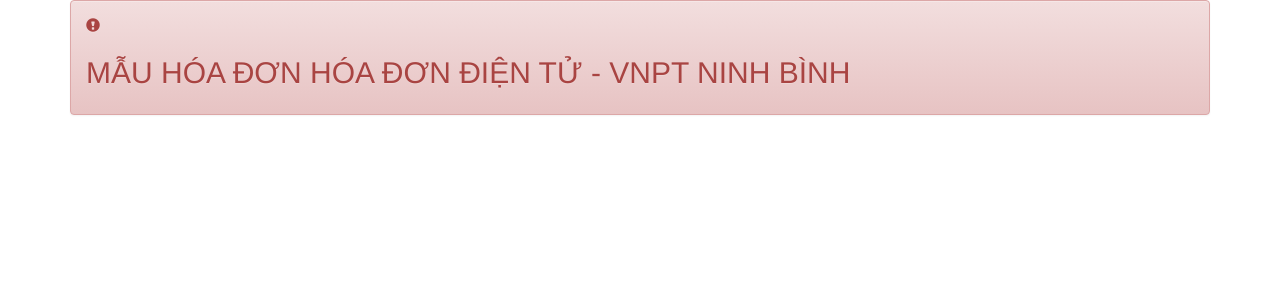
Repository: hoadonvnptninhbinh/hoadonvnptninhbinh
Page: index.html
An editor plug-in stored every save of this project. The page is shown before and after a run of saves, followed by the edit.
The browser window is 1280 px wide. The pictures show the whole page.

Above is the page before, as saved 2020-04-07 14:11:28.

### index.html
<!DOCTYPE html>
<html lang="en">
  <head>
    <meta charset="utf-8">
    <meta http-equiv="X-UA-Compatible" content="IE=edge">
    <meta name="viewport" content="width=device-width, initial-scale=1">
    <!-- The above 3 meta tags *must* come first in the head; any other head content must come *after* these tags -->
    <title>VNPT Ninh Bình - Mẫu Hóa Đơn HDĐT</title>

    <!-- Bootstrap -->
    <link href="plugin/bootstrap/css/bootstrap.min.css" rel="stylesheet">
    <link href="plugin/bootstrap/css/bootstrap-theme.min.css" rel="stylesheet">

  </head>
  <body>
      <div class='container'>
            <div class="alert alert-danger" role="alert">
                <span class="glyphicon glyphicon-exclamation-sign"></span>
                <h2>MẪU HÓA ĐƠN HÓA ĐƠN ĐIỆN TỬ - VNPT NINH BÌNH</h2>
            </div>

      </div>

    <!-- jQuery (necessary for Bootstrap's JavaScript plugins) -->
    <script src="js/jquery.min.js"></script>
    <!-- Include all compiled plugins (below), or include individual files as needed -->
    <script src="plugin/bootstrap/js/bootstrap.min.js"></script>
  </body>
</html>

Loaded but not shown: plugin/bootstrap/css/bootstrap.min.css (library); plugin/bootstrap/css/bootstrap-theme.min.css (library); js/jquery.min.js (library); plugin/bootstrap/js/bootstrap.min.js (library)

After the next 2 saves:
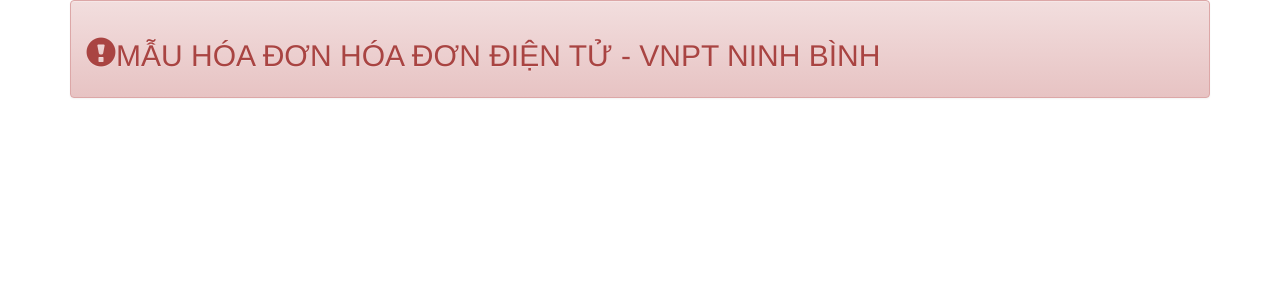
The 2 saves are shown as one change because they came seconds apart.
The last was saved 14 s later.
--- a/index.html
+++ b/index.html
@@ -15,8 +15,7 @@
   <body>
       <div class='container'>
             <div class="alert alert-danger" role="alert">
-                <span class="glyphicon glyphicon-exclamation-sign"></span>
-                <h2>MẪU HÓA ĐƠN HÓA ĐƠN ĐIỆN TỬ - VNPT NINH BÌNH</h2>
+                <h2><span class="glyphicon glyphicon-exclamation-sign"></span>MẪU HÓA ĐƠN HÓA ĐƠN ĐIỆN TỬ - VNPT NINH BÌNH</h2>
             </div>
 
       </div>
